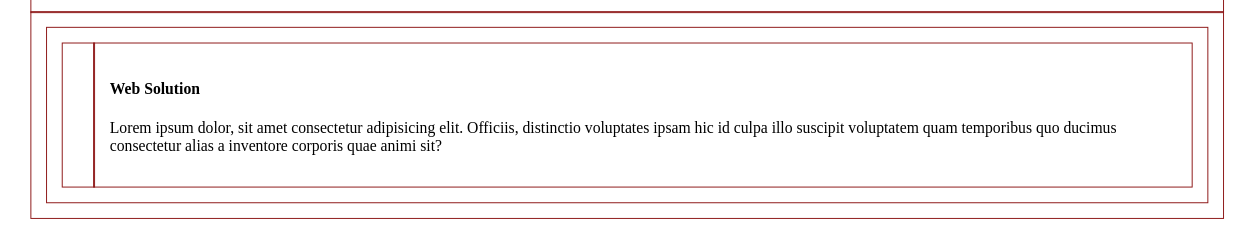
Repository: kionale/Project1_Lab3_ResponsiveLayout
Page: index.html
These files come from the project's save history. The page is drawn as it stood at one moment and after the next save; the edit follows.
The browser window is 1280 px wide. The pictures show the part of the page from y = 3481 to 4446 px (the page is 3735 px tall before and 4446 px after), at 98% of full size.
A picture or video elsewhere on the page could not be fetched, so the positions and the page height are approximate.

Above is the page before, as saved 2023-01-26 00:10:05.

### index.html
<!doctype html>
<html class="no-js" lang="">

<head>
  <meta charset="utf-8">
  <title></title>
  <meta name="description" content="">
  <meta name="viewport" content="width=device-width, initial-scale=1">

  <meta property="og:title" content="">
  <meta property="og:type" content="">
  <meta property="og:url" content="">
  <meta property="og:image" content="">

  <link rel="manifest" href="site.webmanifest">
  <link rel="apple-touch-icon" href="icon.png">
  <!-- Place favicon.ico in the root directory -->

  <link rel="stylesheet" href="css/normalize.css">
  <link rel="stylesheet" href="css/main.css">

  <meta name="theme-color" content="#fafafa">
</head>


<body class="page page-home">
  <header class="header page__header">
    <div class="row">
      <h1>Metrolics</h1>
      <a href=""><img src=""></a>
      <nav class="navbar-links">
        <ul>
          <a href="#">
            <li>Home</li>
          </a>
          <a href="">
            <li>Home</li>
          </a>
          <a href="">
            <li>Pages</li>
          </a>
          <a href="">
            <li>Blog</li>
          </a>
          <a href="">
            <li>Portfolio</li>
          </a>
          <a href="">
            <li>Home</li>
          </a>
        </ul>
      </nav>
    </div>

  </header>

  <div class="page__slider">
    <div class="row slides">
      <img src="" alt="">
    </div>
  </div>
  </div>

  <div class="page__intro">
    <h1 class="header page__heading">
      Hey guys! This is the <span>Metrolics</span> theme.<br>
      It sports a responsive layout with a mobile layout.
    </h1>
    <div class="subheading page_subheading">
      <h3>
        Things That We do
      </h3>
      <h5>Ask us what we can do for you</h5>

    </div>
    <div class="feature__service">
      <div class="row m-col-2 l-col-4">
        <div class="col">
          <img class="feature__servic__images" src="" alt="">
          <h4 class="heading feature__servic__title">Web Solution</h4>
          <p class="feature__servic__content">
            bbbhhha
          </p>
        </div>
        <div class="col">
          <img class="feature__servic__images" src="" alt="">
          <h4 class="heading feature__servic__title"></h4>
          <p class="feature__servic__content">
            bbbhhha
          </p>
        </div>
        <div class="col">
          <img class="feature__servic__images" src="" alt="">
          <h4 class="heading feature__servic__title"></h4>
          <p class="feature__servic__content">
            bbbhhha
          </p>
        </div>
        <div class="col">
          <img class="feature__servic__images" src="" alt="">
          <h4 class="heading feature__servic__title"></h4>
          <p class="feature__servic__content">
            bbbhhha
          </p>
        </div>


      </div>
    </div>
  </div>

  <!-- Main content starts here -->
  <main class="page__main">
    <section class="recent__work">
      <header class="header post__header">What's up lately?</header>
      <h4 class="subheading">Read up on our latest work</h4>
      <div class="row m-col-2 l-col-3">
        <div class="col">
          <div>
            <img src="" alt="">
            <header class="header recent__work__title">Sample image post</header><br>
            <p>Photography</p>
          </div>
        </div>
        <div class="col">
          <div>
            <img src="" alt="">
            <header class="header recent__work__title">Sample image post</header><br>
            <p>Photography</p>
          </div>
        </div>
        <div class="col">
          <div>
            <img src="" alt="">
            <header class="header recent__work__title">Sample image post</header><br>
            <p>Photography</p>
          </div>
        </div>
        <div class="col">
          <div>
            <img src="" alt="">
            <header class="header recent__work__title">Sample image post</header><br>
            <p>Photography</p>
          </div>
        </div>
      </div>
    </section>
    <!-- Our Latest Projests -->
    <section class="latest__projects">
      <header class="header latest__projects__header">Our Latest Projects</header>
      <h4 class="subheading">Client happy? We are happy</h4>
      <div class="row m-col-2 l-col-3">
        <div class="col">
          <div>
            <img src="" alt="">
            <header class="header latest__project__image">1 Sample image post</header><br>
            <p>1 Photography</p>
          </div>
        </div>
        <div class="col">
          <div>
            <img src="" alt="">
            <header class="header latest__project__image">2 Sample image post</header><br>
            <p>2 Photography</p>
          </div>
        </div>
        <div class="col">
          <div>
            <img src="" alt="">
            <header class="header latest__project__image">3 Sample image post</header><br>
            <p>3 Photography</p>
          </div>
        </div>
        <div class="col">
          <div>
            <img src="" alt="">
            <header class="header latest__project__image">4 Sample image post</header><br>
            <p>4 Photography</p>
          </div>
        </div>
        <div class="col">
          <div>
            <img src="" alt="">
            <header class="header latest__project__image">5 Sample image post</header><br>
            <p>5 Photography</p>
          </div>
        </div>
        <div class="col">
          <div>
            <img src="" alt="">
            <header class="header latest__project__image">6 Sample image post</header><br>
            <p>6 Photography</p>
          </div>
        </div>
      </div>
    </section>
    <!--Things of Above-->
    <section class="things__of__above">
      <header class="header things__header">Things of above</header>
      <h4 class="subheading">Misc stuff we could not put anywhere else</h4>
      <div class="row m-col-2 l-col-3">
        <div>
          <div class="col">
            <div class="sample__menu things_above_image">Sample Accordion Menu
              <button>+</button>
            </div>
            <div class="web__solution">
              <div>
                <img src="" alt="">
              </div>
              <div>
                <h4>Web Solution</h4>
                <p>Lorem ipsum dolor, sit amet consectetur adipisicing elit. Officiis, distinctio voluptates ipsam hic
                  id
                  culpa illo suscipit voluptatem quam temporibus quo ducimus consectetur alias a inventore corporis quae
                  animi sit?</p>
              </div>
            </div>
          </div>
          <div class="menu__button">
            <div class="col_two sample__menu things__above__image">1 Sample Accordion Menu
              <button>+</button>
            </div>
          </div>
          <div class="menu__button">
            <div class="col_two sample__menu things__above__image">2 Sample Accordion Menu
              <button>+</button>
            </div>
          </div>
        </div>
        <div class="col">
          <div class="tab__buttons">
            <button>Tab1</button>
            <button>Tab2</button>
            <button>Tab3</button>
          </div>
          <div class="tab__information">
            <div>
              <img src="" alt="">
            </div>
            <div>
              <p>Lorem ipsum dolor, sit amet consectetur adipisicing elit. Officiis, distinctio voluptates ipsam hic
                id?</p>
            </div>
          </div>
          <div class="tab__information">
            <div>
              <img src="" alt="">
            </div>
            <div>
              <p>Lorem ipsum dolor, sit amet consectetur adipisicing elit. Officiis, distinctio voluptates ipsam hic
                id?</p>
            </div>
          </div>
          <div class="tab__information">
            <div>
              <img src="" alt="">
            </div>
            <div>
              <p>Lorem ipsum dolor, sit amet consectetur adipisicing elit. Officiis, distinctio voluptates ipsam hic
                id?</p>
            </div>
          </div>
          <div class="tab__information">
            <div>
              <img src="" alt="">
            </div>
            <div>
              <p>Lorem ipsum dolor, sit amet consectetur adipisicing elit. Officiis, distinctio voluptates ipsam hic
                id?</p>
            </div>
          </div>
        </div>
      </div>
      <!--Sponsors-->
      <div class="sponsors">
        <img src="https://cdn-icons-png.flaticon.com/512/118/118063.png" alt="" class="sponsors__icon">
        <img src="https://cdn-icons-png.flaticon.com/512/118/118063.png" alt="" class="sponsors__icon">
        <img src="https://cdn-icons-png.flaticon.com/512/118/118063.png" alt="" class="sponsors__icon">
        <img src="https://cdn-icons-png.flaticon.com/512/118/118063.png" alt="" class="sponsors__icon">
        <img src="https://cdn-icons-png.flaticon.com/512/118/118063.png" alt="" class="sponsors__icon">
      </div>

    </section>
  </main>
  <!--Footer-->
  <footer>
    <div class="web__solution">
      <div>
        <img src="" alt="">
      </div>
      <div>
        <h4>Web Solution</h4>
        <p>Lorem ipsum dolor, sit amet consectetur adipisicing elit. Officiis, distinctio voluptates ipsam hic
          id
          culpa illo suscipit voluptatem quam temporibus quo ducimus consectetur alias a inventore corporis quae
          animi sit?</p>
      </div>
    </div>
  </footer>


  <script src="js/vendor/modernizr-3.11.2.min.js"></script>
  <script src="js/plugins.js"></script>
  <script src="js/main.js"></script>

  <!-- Google Analytics: change UA-XXXXX-Y to be your site's ID. -->
  <script>
    window.ga = function () { ga.q.push(arguments) }; ga.q = []; ga.l = +new Date;
    ga('create', 'UA-XXXXX-Y', 'auto'); ga('set', 'anonymizeIp', true); ga('set', 'transport', 'beacon'); ga('send', 'pageview')
  </script>
  <script src="https://www.google-analytics.com/analytics.js" async></script>
</body>

</html>

### css/main.css
::-moz-selection {
  background: #b3d4fc;
  text-shadow: none;
}

::selection {
  background: #b3d4fc;
  text-shadow: none;
}

/*
 * A better looking default horizontal rule
 */

hr {
  display: block;
  height: 1px;
  border: 0;
  border-top: 1px solid #ccc;
  margin: 1em 0;
  padding: 0;
}

audio,
canvas,
iframe,
img,
svg,
video {
  vertical-align: middle;
}

/*
 * Remove default fieldset styles.
 */

fieldset {
  border: 0;
  margin: 0;
  padding: 0;
}

/*
 * Allow only vertical resizing of textareas.
 */

textarea {
  resize: vertical;
}

*,
*::before,
*::after {
  box-sizing: border-box;
}

div,
main,
section,
header,
footer {
  outline: 1px solid rgb(142, 24, 24);
  min-height: 1rem;
  padding: 1rem;
}

.page {
  margin: 0 auto;
  padding: 2rem;
}

.header {
  text-transform: capitalize;
  text-align: center;
}

.subheading {
  text-align: center;
}

ul,
li {
  padding: 0;
  margin: 0;
  list-style: none;
}

.row {
  display: grid;
  row-gap: 1rem;
}

.row_two {
  display: grid;
  row-gap: 1rem;
}

.col {
  position: relative;
  background-color: pink;
}

.col_two {
  background-color: pink;
  height: 6rem;
}

button {
  height: 4rem;
  width: 4rem;
}

/* medium screens and up  */
@media screen and (min-width: 40em) {
  .row {
    max-width: 70rem;
    column-gap: 1.5rem;
    row-gap: 1.5rem;
    margin: 0 auto;
  }



  .m-col-2 {
    grid-template-columns: 1fr 1fr;
  }

}


.examples {
  display: flex;
  justify-content: space-around;
}

.sample__menu {
  display: flex;
  justify-content: space-between;
}

.web__solution {
  display: flex;
}

.tab__information {
  display: flex;
}

.sponsors {
  display: flex;
  justify-content: space-around;
  height: 10rem;
}

.sponsors__icon {
  background-color: lightgray;
}

### js/plugins.js
// Avoid `console` errors in browsers that lack a console.
(function() {
  var method;
  var noop = function () {};
  var methods = [
    'assert', 'clear', 'count', 'debug', 'dir', 'dirxml', 'error',
    'exception', 'group', 'groupCollapsed', 'groupEnd', 'info', 'log',
    'markTimeline', 'profile', 'profileEnd', 'table', 'time', 'timeEnd',
    'timeline', 'timelineEnd', 'timeStamp', 'trace', 'warn'
  ];
  var length = methods.length;
  var console = (window.console = window.console || {});

  while (length--) {
    method = methods[length];

    // Only stub undefined methods.
    if (!console[method]) {
      console[method] = noop;
    }
  }
}());

// Place any jQuery/helper plugins in here.

Loaded but not shown: css/normalize.css (library); js/vendor/modernizr-3.11.2.min.js (library); js/main.js (no stored copy; drawn as an empty file)

After the next save:
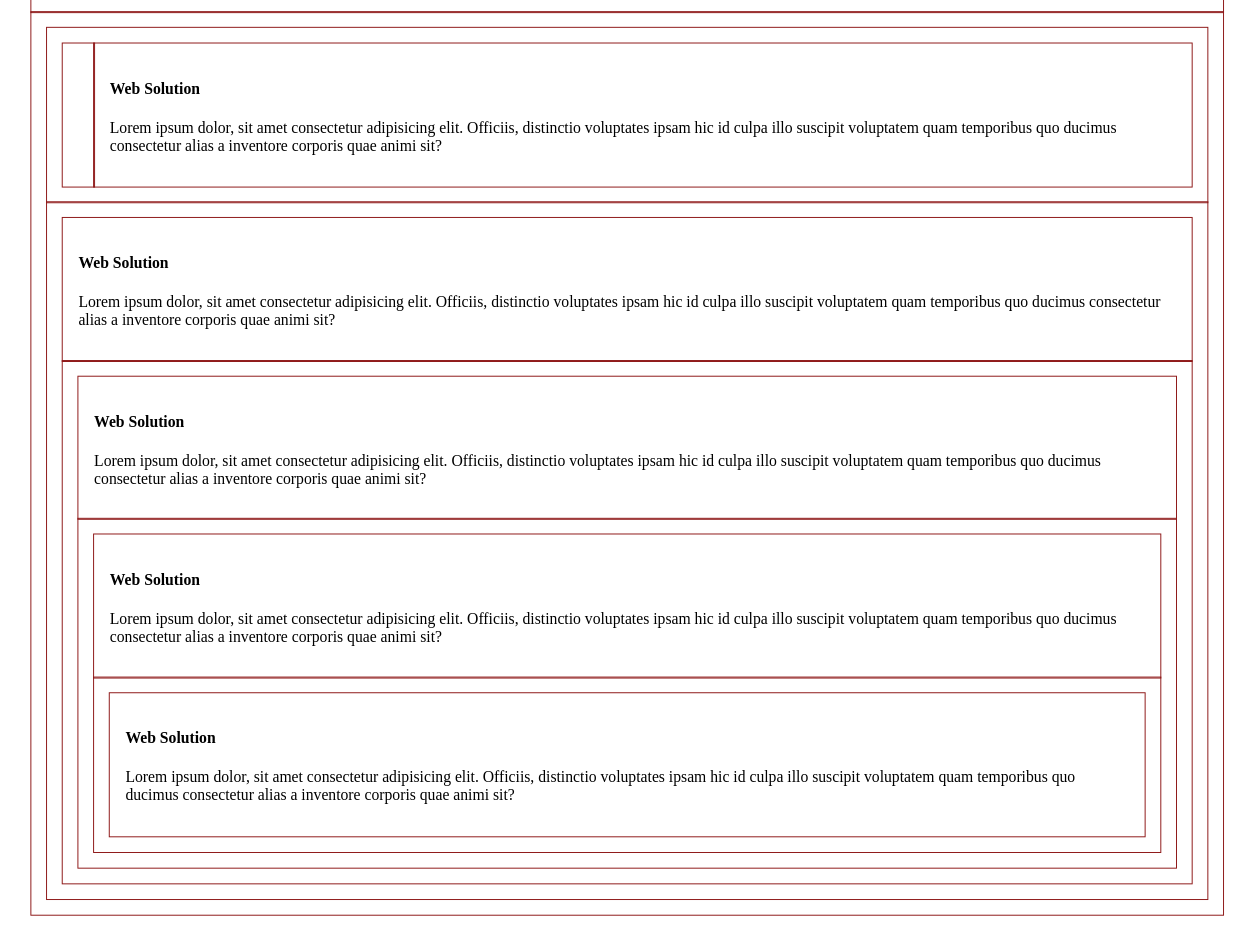
Saved 2 min 16 s later.
--- a/index.html
+++ b/index.html
@@ -297,6 +297,39 @@
           animi sit?</p>
       </div>
     </div>
+    <div>
+      <div>
+        <h4>Web Solution</h4>
+        <p>Lorem ipsum dolor, sit amet consectetur adipisicing elit. Officiis, distinctio voluptates ipsam hic
+          id
+          culpa illo suscipit voluptatem quam temporibus quo ducimus consectetur alias a inventore corporis quae
+          animi sit?</p>
+      </div>
+      <div>
+        <div>
+          <h4>Web Solution</h4>
+          <p>Lorem ipsum dolor, sit amet consectetur adipisicing elit. Officiis, distinctio voluptates ipsam hic
+            id
+            culpa illo suscipit voluptatem quam temporibus quo ducimus consectetur alias a inventore corporis quae
+            animi sit?</p>
+        </div>
+        <div>
+          <div>
+            <h4>Web Solution</h4>
+            <p>Lorem ipsum dolor, sit amet consectetur adipisicing elit. Officiis, distinctio voluptates ipsam hic
+              id
+              culpa illo suscipit voluptatem quam temporibus quo ducimus consectetur alias a inventore corporis quae
+              animi sit?</p>
+          </div>
+          <div>
+            <div>
+              <h4>Web Solution</h4>
+              <p>Lorem ipsum dolor, sit amet consectetur adipisicing elit. Officiis, distinctio voluptates ipsam hic
+                id
+                culpa illo suscipit voluptatem quam temporibus quo ducimus consectetur alias a inventore corporis quae
+                animi sit?</p>
+            </div>
+          </div>
   </footer>
 
 
